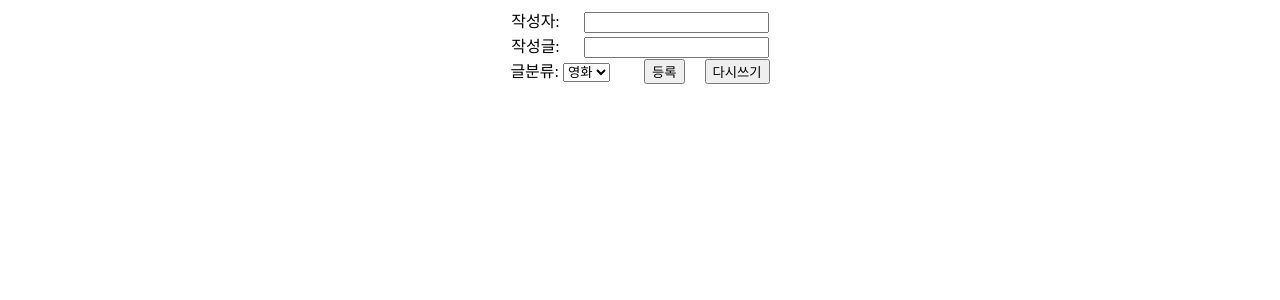
Repository: jpg723/Assignment
Page: http://localhost/final_20200997/final_2/bbs_form.jsp
These files come from the project's save history. The page is drawn as it stood at one moment and after the next save; the edit follows.
The browser window is 1280 px wide. The pictures show the whole page.
The page is served by Tomcat 9. Other server files are loaded and not shown.

Above is the page before, as saved 2021-12-20 11:54:32.

### 웹프로그래밍/final_20200997/src/main/webapp/final_2/bbs_form.jsp
<%@ page language="java" contentType="text/html; charset=UTF-8"
    pageEncoding="UTF-8"%>
<%@ page import="java.util.ArrayList" %>
<% request.setCharacterEncoding("UTF-8"); %>
<!DOCTYPE html>
<html>
<head>
<meta charset="UTF-8">
<title>시간표 작성</title>
</head>
<style>
	div{
		text-align:center;
	}
	ol {
		display: inline-block;
	}
	input {
		margin-left: 20px;
	}
	select {
		margin-right: 10px;
	}
</style>
<body>
<%
	String[] l={"영화", "맛집", "뉴스"};

	out.println("<div>");
	out.println("<form name='form1' method='POST' action='bbs_list.jsp'>");
	out.println("작성자: " + "<input type='text' name='name'><br>");
	out.println("작성글: " + "<input type='text' name='main'><br>");
	out.println("글분류: " + "<select name='l'><br>");

	for(int i = 0; i < l.length; i++)
		out.println("<option value" + i + ">" + l[i] + "</option>");
	out.println("</select>");

	out.println("<input type='submit' value='등록'><input type='reset' value='다시쓰기'>");
	out.println("</form>");
	out.println("</div>");

	String lectureType = request.getParameter("lectureType");
	String lectureTitle = request.getParameter("lectureTitle");
	String day = request.getParameter("day");
	String time = request.getParameter("time");
	String consecutive = request.getParameter("consecutive");

	@SuppressWarnings("unchecked")
	ArrayList<String> list = (ArrayList<String>)session.getAttribute("TimeTable");

	if(list == null)
		list = new ArrayList<String>();

	String str;

	if(lectureType != null && lectureTitle != null && day != null && time != null && consecutive != null){
		str = lectureType + "/" + lectureTitle + "/" + day + "/" + time + "/" + consecutive;
		list.add(str);
		session.setAttribute("TimeTable", list);
	}

	out.println("<div>");

	if(list != null){
		for(String t: list)
			out.println(t + "<br>");
	}
	out.println("</div>");
%>
</body>
</html>

After the next save:
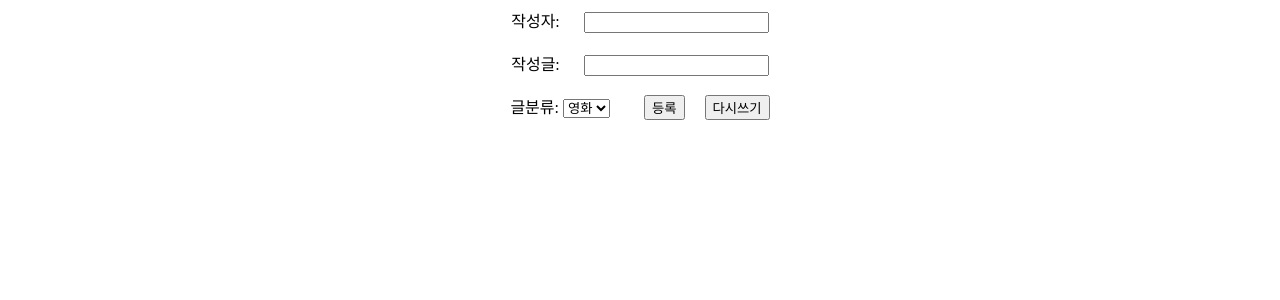
Saved 18 s later.
--- a/웹프로그래밍/final_20200997/src/main/webapp/final_2/bbs_form.jsp
+++ b/웹프로그래밍/final_20200997/src/main/webapp/final_2/bbs_form.jsp
@@ -28,8 +28,8 @@
 
 	out.println("<div>");
 	out.println("<form name='form1' method='POST' action='bbs_list.jsp'>");
-	out.println("작성자: " + "<input type='text' name='name'><br>");
-	out.println("작성글: " + "<input type='text' name='main'><br>");
+	out.println("작성자: " + "<input type='text' name='name'><br><br>");
+	out.println("작성글: " + "<input type='text' name='main'><br><br>");
 	out.println("글분류: " + "<select name='l'><br>");
 
 	for(int i = 0; i < l.length; i++)
